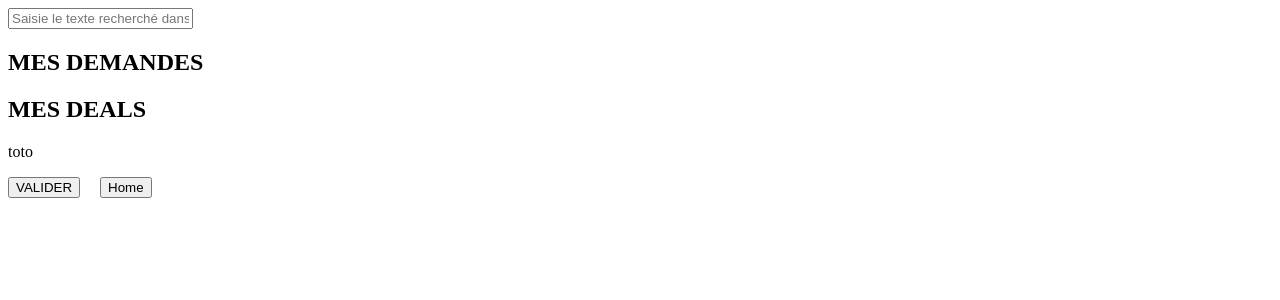
Repository: ProjetManiax/Projet-Maniax
Page: http://localhost/database/application/views/viewDeal.php
The author's editor kept a copy of each file at every save. The page is drawn from the files as they stood at one save, then again after the next save.
The browser window is 1280 px wide. The pictures show the whole page.
The page is run by PHP 8.4 with error messages shown; the project is at /var/www/html/. application/core/MY_Config.php is not in the repository; a stand-in opens the database connection.

Above is the page before, as saved 2018-10-25 03:51:19.
Console error: SyntaxError: Unexpected token '<'

### application/views/viewDeal.php
<!DOCTYPE html>
<html lang="en">
<head>
<meta charset="utf-8" />
    <meta http-equiv="X-UA-Compatible" content="IE=edge">
    <title>Création d'un deal</title>
    <meta name="viewport" content="width=device-width, initial-scale=1">
    <script src='../jQuery/jquery-3.1.1.js'></script>
    <script src='../js/myFunctions.js'></script>
    <link rel="stylesheet" href="../css/bootstrap.min.css">
</head>
<body>
    <div>
        <input type="text" class="col-md-12 bg-light" placeholder="Saisie le texte recherché dans une offre">
    </div>
    <div class="row">
        <div class="col-md-6">
            <div>
                <h2>MES DEMANDES</h2>

            </div>
            <div>
                <h2 class="">MES DEALS</h2>
            </div>
        </div>
        <div class="col-md-6">
            <div>
            <p>toto</p>
            </div>
            <div>

            </div>
        </div>
    </div>
        <div class="row col-md-12 bg-light">
            <a href="home"><button class="btn btn-lg btn-primary btn-block col-md-8">VALIDER</button></a>&nbsp;&nbsp;&nbsp;&nbsp;
             <a href="valider"><button class="btn btn-lg btn-primary btn-block" href="home" value="Home" name="home" >Home</button></a>
        </div>
</body>
</html>

### index.php
<?php
/**
 * CodeIgniter
 *
 * An open source application development framework for PHP
 *
 * This content is released under the MIT License (MIT)
 *
 * Copyright (c) 2014 - 2018, British Columbia Institute of Technology
 *
 * Permission is hereby granted, free of charge, to any person obtaining a copy
 * of this software and associated documentation files (the "Software"), to deal
 * in the Software without restriction, including without limitation the rights
 * to use, copy, modify, merge, publish, distribute, sublicense, and/or sell
 * copies of the Software, and to permit persons to whom the Software is
 * furnished to do so, subject to the following conditions:
 *
 * The above copyright notice and this permission notice shall be included in
 * all copies or substantial portions of the Software.
 *
 * THE SOFTWARE IS PROVIDED "AS IS", WITHOUT WARRANTY OF ANY KIND, EXPRESS OR
 * IMPLIED, INCLUDING BUT NOT LIMITED TO THE WARRANTIES OF MERCHANTABILITY,
 * FITNESS FOR A PARTICULAR PURPOSE AND NONINFRINGEMENT. IN NO EVENT SHALL THE
 * AUTHORS OR COPYRIGHT HOLDERS BE LIABLE FOR ANY CLAIM, DAMAGES OR OTHER
 * LIABILITY, WHETHER IN AN ACTION OF CONTRACT, TORT OR OTHERWISE, ARISING FROM,
 * OUT OF OR IN CONNECTION WITH THE SOFTWARE OR THE USE OR OTHER DEALINGS IN
 * THE SOFTWARE.
 *
 * @package	CodeIgniter
 * @author	EllisLab Dev Team
 * @copyright	Copyright (c) 2008 - 2014, EllisLab, Inc. (https://ellislab.com/)
 * @copyright	Copyright (c) 2014 - 2018, British Columbia Institute of Technology (http://bcit.ca/)
 * @license	http://opensource.org/licenses/MIT	MIT License
 * @link	https://codeigniter.com
 * @since	Version 1.0.0
 * @filesource
 */

/*
 *---------------------------------------------------------------
 * APPLICATION ENVIRONMENT
 *---------------------------------------------------------------
 *
 * You can load different configurations depending on your
 * current environment. Setting the environment also influences
 * things like logging and error reporting.
 *
 * This can be set to anything, but default usage is:
 *
 *     development
 *     testing
 *     production
 *
 * NOTE: If you change these, also change the error_reporting() code below
 */
	define('ENVIRONMENT', isset($_SERVER['CI_ENV']) ? $_SERVER['CI_ENV'] : 'development');

/*
 *---------------------------------------------------------------
 * ERROR REPORTING
 *---------------------------------------------------------------
 *
 * Different environments will require different levels of error reporting.
 * By default development will show errors but testing and live will hide them.
 */
switch (ENVIRONMENT)
{
	case 'development':
		error_reporting(-1);
		ini_set('display_errors', 1);
	break;

	case 'testing':
	case 'production':
		ini_set('display_errors', 0);
		if (version_compare(PHP_VERSION, '5.3', '>='))
		{
			error_reporting(E_ALL & ~E_NOTICE & ~E_DEPRECATED & ~E_STRICT & ~E_USER_NOTICE & ~E_USER_DEPRECATED);
		}
		else
		{
			error_reporting(E_ALL & ~E_NOTICE & ~E_STRICT & ~E_USER_NOTICE);
		}
	break;

	default:
		header('HTTP/1.1 503 Service Unavailable.', TRUE, 503);
		echo 'The application environment is not set correctly.';
		exit(1); // EXIT_ERROR
}

/*
 *---------------------------------------------------------------
 * SYSTEM DIRECTORY NAME
 *---------------------------------------------------------------
 *
 * This variable must contain the name of your "system" directory.
 * Set the path if it is not in the same directory as this file.
 */
	$system_path = 'system';

/*
 *---------------------------------------------------------------
 * APPLICATION DIRECTORY NAME
 *---------------------------------------------------------------
 *
 * If you want this front controller to use a different "application"
 * directory than the default one you can set its name here. The directory
 * can also be renamed or relocated anywhere on your server. If you do,
 * use an absolute (full) server path.
 * For more info please see the user guide:
 *
 * https://codeigniter.com/user_guide/general/managing_apps.html
 *
 * NO TRAILING SLASH!
 */
	$application_folder = 'application';

/*
 *---------------------------------------------------------------
 * VIEW DIRECTORY NAME
 *---------------------------------------------------------------
 *
 * If you want to move the view directory out of the application
 * directory, set the path to it here. The directory can be renamed
 * and relocated anywhere on your server. If blank, it will default
 * to the standard location inside your application directory.
 * If you do move this, use an absolute (full) server path.
 *
 * NO TRAILING SLASH!
 */
	$view_folder = '';


/*
 * --------------------------------------------------------------------
 * DEFAULT CONTROLLER
 * --------------------------------------------------------------------
 *
 * Normally you will set your default controller in the routes.php file.
 * You can, however, force a custom routing by hard-coding a
 * specific controller class/function here. For most applications, you
 * WILL NOT set your routing here, but it's an option for those
 * special instances where you might want to override the standard
 * routing in a specific front controller that shares a common CI installation.
 *
 * IMPORTANT: If you set the routing here, NO OTHER controller will be
 * callable. In essence, this preference limits your application to ONE
 * specific controller. Leave the function name blank if you need
 * to call functions dynamically via the URI.
 *
 * Un-comment the $routing array below to use this feature
 */
	// The directory name, relative to the "controllers" directory.  Leave blank
	// if your controller is not in a sub-directory within the "controllers" one
	// $routing['directory'] = '';

	// The controller class file name.  Example:  mycontroller
	// $routing['controller'] = '';

	// The controller function you wish to be called.
	// $routing['function']	= '';


/*
 * -------------------------------------------------------------------
 *  CUSTOM CONFIG VALUES
 * -------------------------------------------------------------------
 *
 * The $assign_to_config array below will be passed dynamically to the
 * config class when initialized. This allows you to set custom config
 * items or override any default config values found in the config.php file.
 * This can be handy as it permits you to share one application between
 * multiple front controller files, with each file containing different
 * config values.
 *
 * Un-comment the $assign_to_config array below to use this feature
 */
	// $assign_to_config['name_of_config_item'] = 'value of config item';



// --------------------------------------------------------------------
// END OF USER CONFIGURABLE SETTINGS.  DO NOT EDIT BELOW THIS LINE
// --------------------------------------------------------------------

/*
 * ---------------------------------------------------------------
 *  Resolve the system path for increased reliability
 * ---------------------------------------------------------------
 */

	// Set the current directory correctly for CLI requests
	if (defined('STDIN'))
	{
		chdir(dirname(__FILE__));
	}

	if (($_temp = realpath($system_path)) !== FALSE)
	{
		$system_path = $_temp.DIRECTORY_SEPARATOR;
	}
	else
	{
		// Ensure there's a trailing slash
		$system_path = strtr(
			rtrim($system_path, '/\\'),
			'/\\',
			DIRECTORY_SEPARATOR.DIRECTORY_SEPARATOR
		).DIRECTORY_SEPARATOR;
	}

	// Is the system path correct?
	if ( ! is_dir($system_path))
	{
		header('HTTP/1.1 503 Service Unavailable.', TRUE, 503);
		echo 'Your system folder path does not appear to be set correctly. Please open the following file and correct this: '.pathinfo(__FILE__, PATHINFO_BASENAME);
		exit(3); // EXIT_CONFIG
	}

/*
 * -------------------------------------------------------------------
 *  Now that we know the path, set the main path constants
 * -------------------------------------------------------------------
 */
	// The name of THIS file
	define('SELF', pathinfo(__FILE__, PATHINFO_BASENAME));

	// Path to the system directory
	define('BASEPATH', $system_path);

	// Path to the front controller (this file) directory
	define('FCPATH', dirname(__FILE__).DIRECTORY_SEPARATOR);

	// Name of the "system" directory
	define('SYSDIR', basename(BASEPATH));

	// The path to the "application" directory
	if (is_dir($application_folder))
	{
		if (($_temp = realpath($application_folder)) !== FALSE)
		{
			$application_folder = $_temp;
		}
		else
		{
			$application_folder = strtr(
				rtrim($application_folder, '/\\'),
				'/\\',
				DIRECTORY_SEPARATOR.DIRECTORY_SEPARATOR
			);
		}
	}
	elseif (is_dir(BASEPATH.$application_folder.DIRECTORY_SEPARATOR))
	{
		$application_folder = BASEPATH.strtr(
			trim($application_folder, '/\\'),
			'/\\',
			DIRECTORY_SEPARATOR.DIRECTORY_SEPARATOR
		);
	}
	else
	{
		header('HTTP/1.1 503 Service Unavailable.', TRUE, 503);
		echo 'Your application folder path does not appear to be set correctly. Please open the following file and correct this: '.SELF;
		exit(3); // EXIT_CONFIG
	}

	define('APPPATH', $application_folder.DIRECTORY_SEPARATOR);

	// The path to the "views" directory
	if ( ! isset($view_folder[0]) && is_dir(APPPATH.'views'.DIRECTORY_SEPARATOR))
	{
		$view_folder = APPPATH.'views';
	}
	elseif (is_dir($view_folder))
	{
		if (($_temp = realpath($view_folder)) !== FALSE)
		{
			$view_folder = $_temp;
		}
		else
		{
			$view_folder = strtr(
				rtrim($view_folder, '/\\'),
				'/\\',
				DIRECTORY_SEPARATOR.DIRECTORY_SEPARATOR
			);
		}
	}
	elseif (is_dir(APPPATH.$view_folder.DIRECTORY_SEPARATOR))
	{
		$view_folder = APPPATH.strtr(
			trim($view_folder, '/\\'),
			'/\\',
			DIRECTORY_SEPARATOR.DIRECTORY_SEPARATOR
		);
	}
	else
	{
		header('HTTP/1.1 503 Service Unavailable.', TRUE, 503);
		echo 'Your view folder path does not appear to be set correctly. Please open the following file and correct this: '.SELF;
		exit(3); // EXIT_CONFIG
	}

	define('VIEWPATH', $view_folder.DIRECTORY_SEPARATOR);

/*
 * --------------------------------------------------------------------
 * LOAD THE BOOTSTRAP FILE
 * --------------------------------------------------------------------
 *
 * And away we go...
 */
require_once BASEPATH.'core/CodeIgniter.php';

### application/views/errors/html/error_php.php
<?php
defined('BASEPATH') OR exit('No direct script access allowed');
?>

<div style="border:1px solid #990000;padding-left:20px;margin:0 0 10px 0;">

<h4>A PHP Error was encountered</h4>

<p>Severity: <?php echo $severity; ?></p>
<p>Message:  <?php echo $message; ?></p>
<p>Filename: <?php echo $filepath; ?></p>
<p>Line Number: <?php echo $line; ?></p>

<?php if (defined('SHOW_DEBUG_BACKTRACE') && SHOW_DEBUG_BACKTRACE === TRUE): ?>

	<p>Backtrace:</p>
	<?php foreach (debug_backtrace() as $error): ?>

		<?php if (isset($error['file']) && strpos($error['file'], realpath(BASEPATH)) !== 0): ?>

			<p style="margin-left:10px">
			File: <?php echo $error['file'] ?><br />
			Line: <?php echo $error['line'] ?><br />
			Function: <?php echo $error['function'] ?>
			</p>

		<?php endif ?>

	<?php endforeach ?>

<?php endif ?>

</div>

### application/views/errors/html/error_exception.php
<?php
defined('BASEPATH') OR exit('No direct script access allowed');
?>

<div style="border:1px solid #990000;padding-left:20px;margin:0 0 10px 0;">

<h4>An uncaught Exception was encountered</h4>

<p>Type: <?php echo get_class($exception); ?></p>
<p>Message: <?php echo $message; ?></p>
<p>Filename: <?php echo $exception->getFile(); ?></p>
<p>Line Number: <?php echo $exception->getLine(); ?></p>

<?php if (defined('SHOW_DEBUG_BACKTRACE') && SHOW_DEBUG_BACKTRACE === TRUE): ?>

	<p>Backtrace:</p>
	<?php foreach ($exception->getTrace() as $error): ?>

		<?php if (isset($error['file']) && strpos($error['file'], realpath(BASEPATH)) !== 0): ?>

			<p style="margin-left:10px">
			File: <?php echo $error['file']; ?><br />
			Line: <?php echo $error['line']; ?><br />
			Function: <?php echo $error['function']; ?>
			</p>
		<?php endif ?>

	<?php endforeach ?>

<?php endif ?>

</div>

Loaded but not shown: system/core/CodeIgniter.php (common file); application/config/constants.php (common file); system/core/Common.php (common file); system/core/Benchmark.php (common file); system/core/Hooks.php (common file); system/core/Config.php (common file); system/core/Exceptions.php (common file); system/core/Log.php (common file); application/config/config.php (523 lines, source omitted)

After the next save:
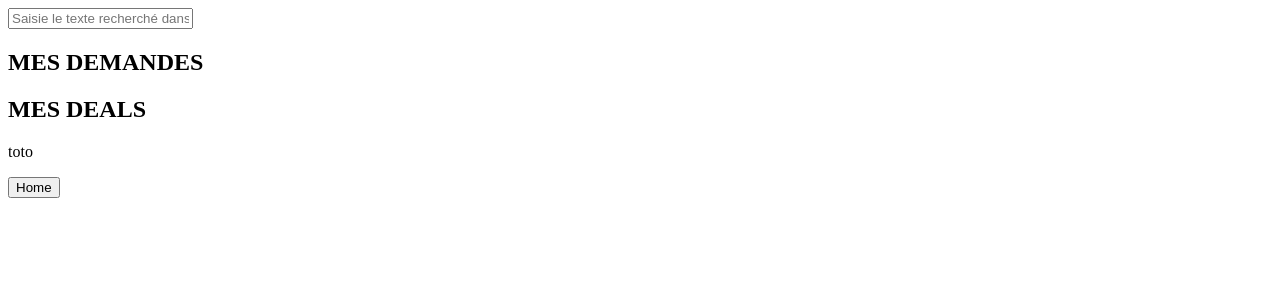
Saved 12 s later.
--- a/application/views/viewDeal.php
+++ b/application/views/viewDeal.php
@@ -33,8 +33,7 @@
         </div>
     </div>
         <div class="row col-md-12 bg-light">
-            <a href="home"><button class="btn btn-lg btn-primary btn-block col-md-8">VALIDER</button></a>&nbsp;&nbsp;&nbsp;&nbsp;
-             <a href="valider"><button class="btn btn-lg btn-primary btn-block" href="home" value="Home" name="home" >Home</button></a>
+            <a href="home"><button class="btn btn-lg btn-primary btn-block col-md-816ef="home" value="Home" name="home" >Home</button></a>
         </div>
 </body>
 </html>

After the save that followed:
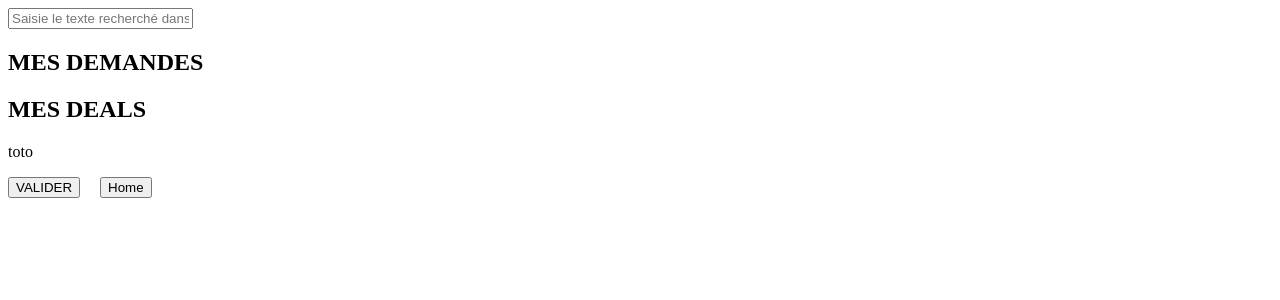
Saved 10 s later.
--- a/application/views/viewDeal.php
+++ b/application/views/viewDeal.php
@@ -33,7 +33,8 @@
         </div>
     </div>
         <div class="row col-md-12 bg-light">
-            <a href="home"><button class="btn btn-lg btn-primary btn-block col-md-816ef="home" value="Home" name="home" >Home</button></a>
+            <a href="home"><button class="btn btn-lg btn-primary btn-block col-md-16">VALIDER</button></a>&nbsp;&nbsp;&nbsp;&nbsp;
+             <a href="valider"><button class="btn btn-lg btn-primary btn-block" href="home" value="Home" name="home" >Home</button></a>
         </div>
 </body>
 </html>
